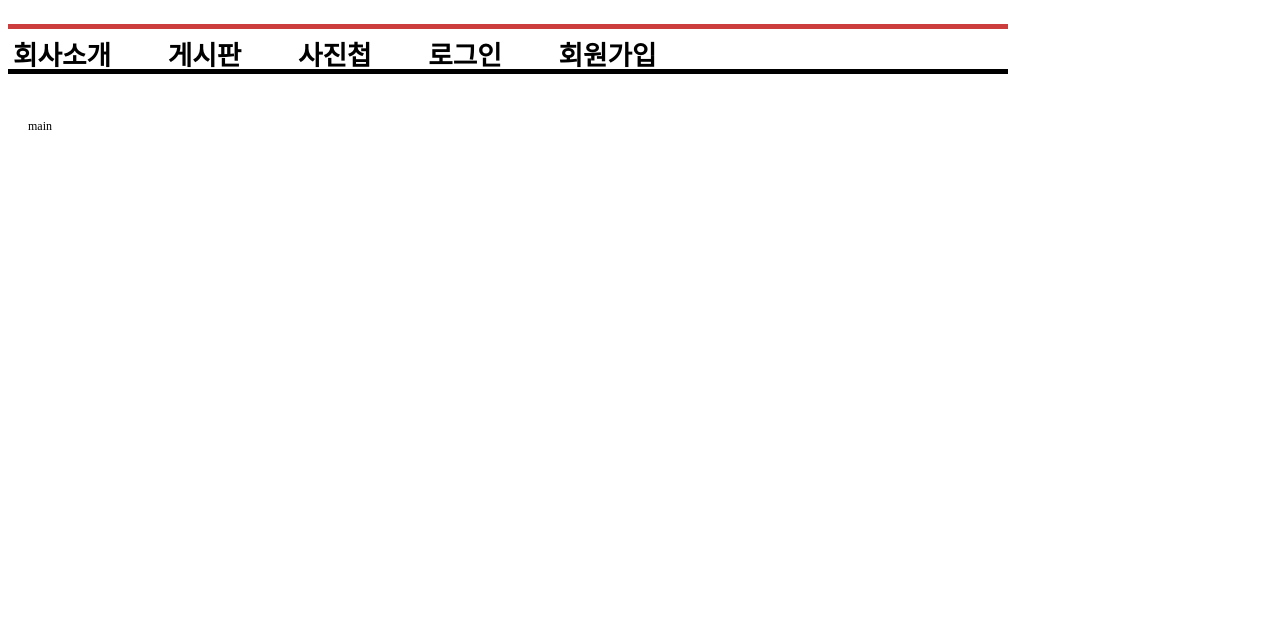
Repository: asaf0813/aisw
Page: java/이클립스/workspace/html/htmltest/WebContent/main.html
These files come from the project's save history. The page is drawn as it stood at one moment and after the next save; the edit follows.
The browser window is 1280 px wide. The pictures show the part of the page from y = 158 to 777 px (the page is 777 px tall).

Above is the page before, as saved 2019-10-03 07:13:58.

### java/이클립스/workspace/html/htmltest/WebContent/main.html
<!doctype html>
<html lang="en">
	<head>
		<meta charset="UTF-8">
		<meta name="Generator" content="EditPlus®">
		<meta name="Author" content="">
		<meta name="Keywords" content="">
		<meta name="Description" content="">
		<title>main</title>
		<link href="./main.css" rel="stylesheet" type="text/css" >
		<style type="text/css">
		a { text-decoration:none }
		</style>

	</head>
	<body>
		<div class="header">
			<a href="./main.html">
			<img width="100%" height="150" src = "http://www.postech.ac.kr/wp-content/themes/postech/images/imgs/signature4.png", alt="" ></a>
		<div>
			<p style="margin-top:20px"></p>
		</div>


		<div class="topnavi_ds">
			<div class="topnavi">
				<a href="./intro/intro.html">회사소개</a> <a href="./board/list.html">게시판</a> <a href="./picture/list.html">사진첩</a> <a href="./member/login.html">로그인</a> <a href="./member/join.html">회원가입</a>
			</div>
		</div>

		<div class="divide"/>
		<div class="body"> main</div>
	</body>
</html>

### java/이클립스/workspace/html/htmltest/WebContent/main.css
.header a:hover{color:red;}
.header a{color:blue;}

.header{
	width:1000px;
	height:50px;
	float:left;
	font-size: 9pt;
}

.topnavi_ds{
	width:100%;
	height:5px;
	background-color:#CC3D3D;
	float:left;
}
.topnavi a:hover{color:green;}
.topnavi a{color:#000000;}

.topnavi{
	width:1000px; height:30px;
	float:left;
	margin-top:10px;
	margin-left:5px;
	font-size: 20pt;
	font-weight: bold;
	word-spacing:50px;
}

.divide{
	width:100%;
	height:5px;
	float:left;
	margin-top: 25px;
	background-color:#000000;
	margin-top:40px;
}

.body{
	font-size: 9pt;
	margin-top:50px;
	margin-left:20px;
	width:1000px;
	height:500px;
	float:left;
}

After the next save:
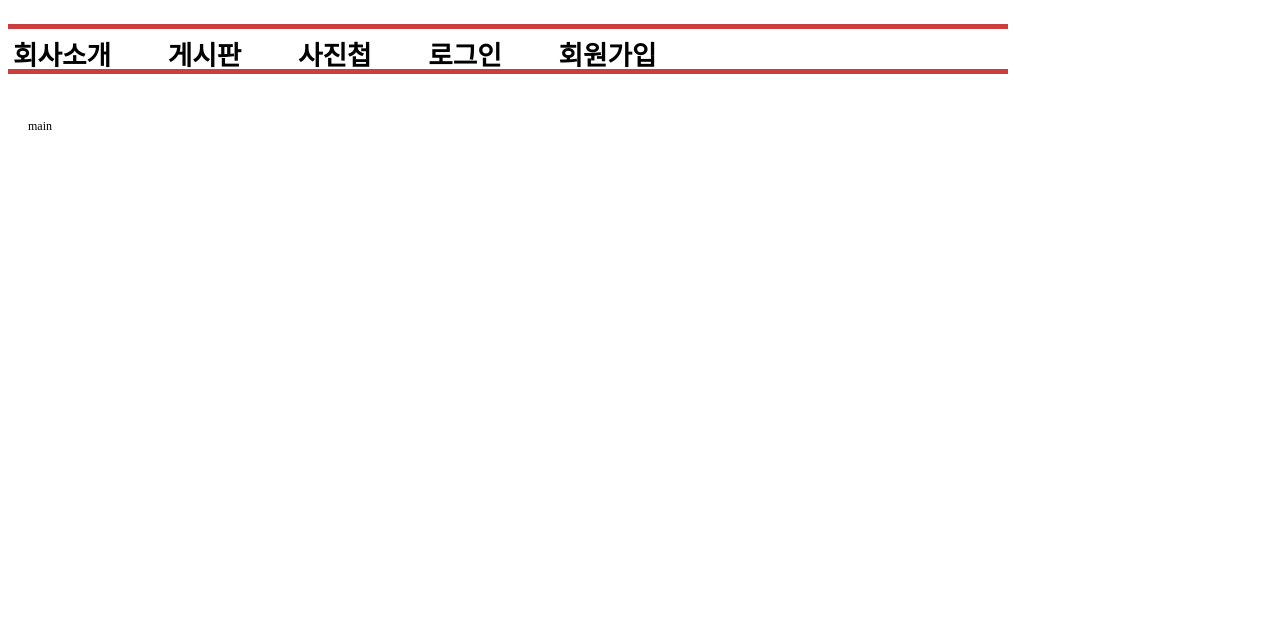
Saved 13 s later.
--- a/java/이클립스/workspace/html/htmltest/WebContent/main.css
+++ b/java/이클립스/workspace/html/htmltest/WebContent/main.css
@@ -32,7 +32,7 @@
 	height:5px;
 	float:left;
 	margin-top: 25px;
-	background-color:#000000;
+	background-color:#CC3D3D;
 	margin-top:40px;
 }
 
